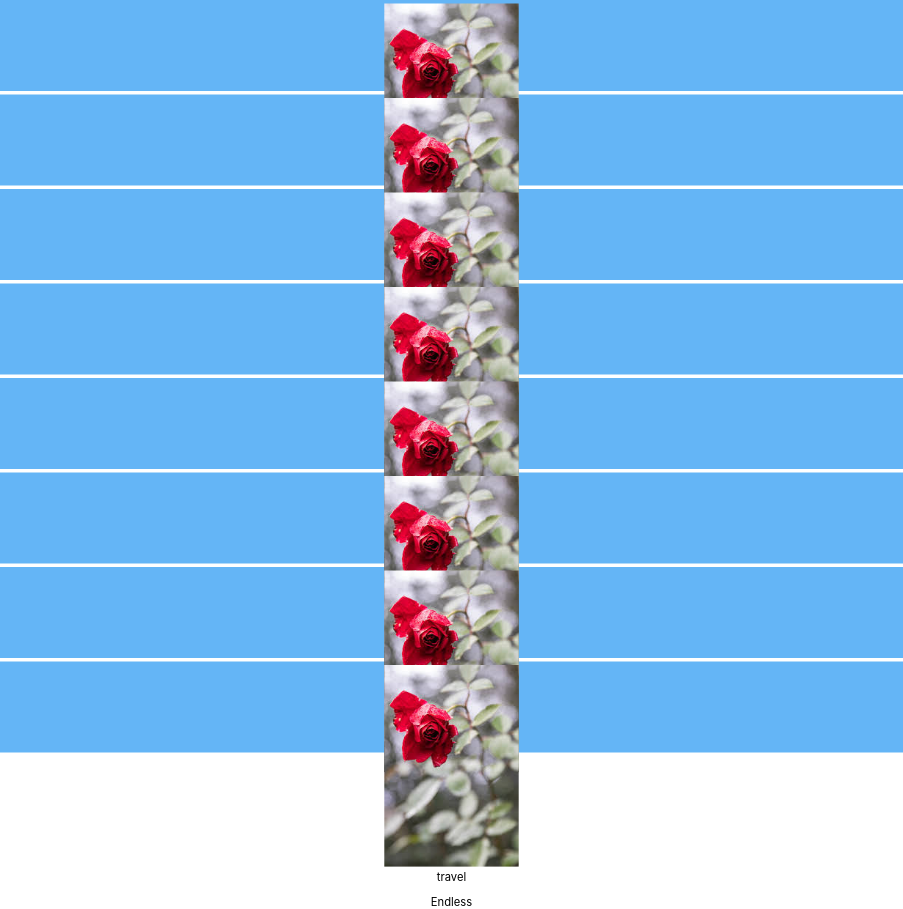
Repository: vakharia5/Preview
Page: /
An editor plug-in stored every save of this project. The page is shown before and after the next save, followed by the edit.
The browser window is 1280 px wide. The page is 1290 px wide, then 1280 px, so the pictures cover 1290 px, including what lies to the right of the window. The pictures show the part of the page from y = 0 to 1880 px (the page is 1298 px tall before and 2698 px after), at 70% of full size.
The project was rebuilt for these pictures with package versions that can differ from the ones it lists, and the page was loaded fresh each time.

Above is the page before, as saved 2020-06-22 15:15:09.

After the next save:
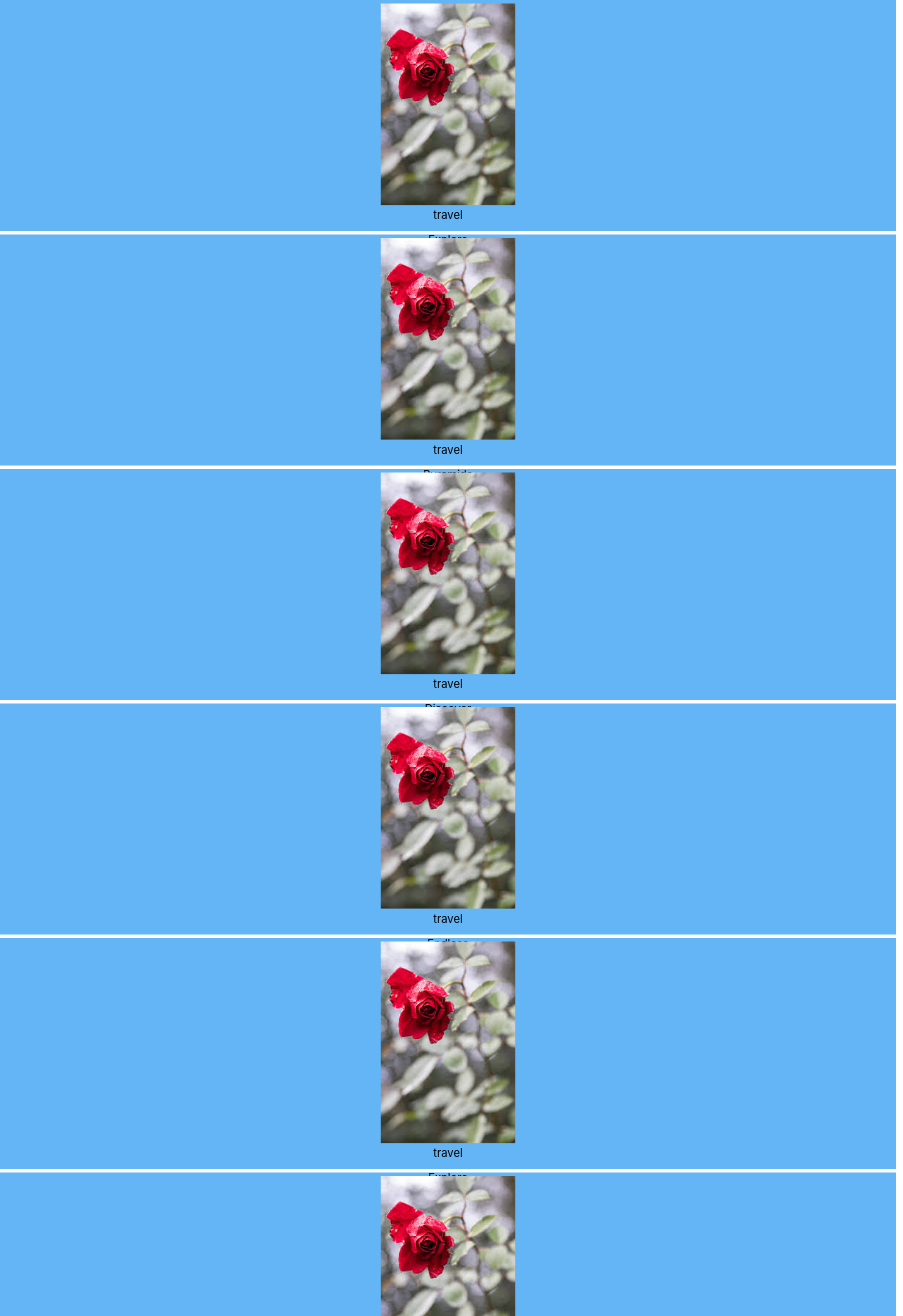
Saved 7 s later.
--- a/src/assets/css/Style.css
+++ b/src/assets/css/Style.css
@@ -20,7 +20,6 @@
 } */
 
 .shadow-box-example {
-    height: 120px;
-    width: 100%;
+
     background-color: #64b5f6;
   }
